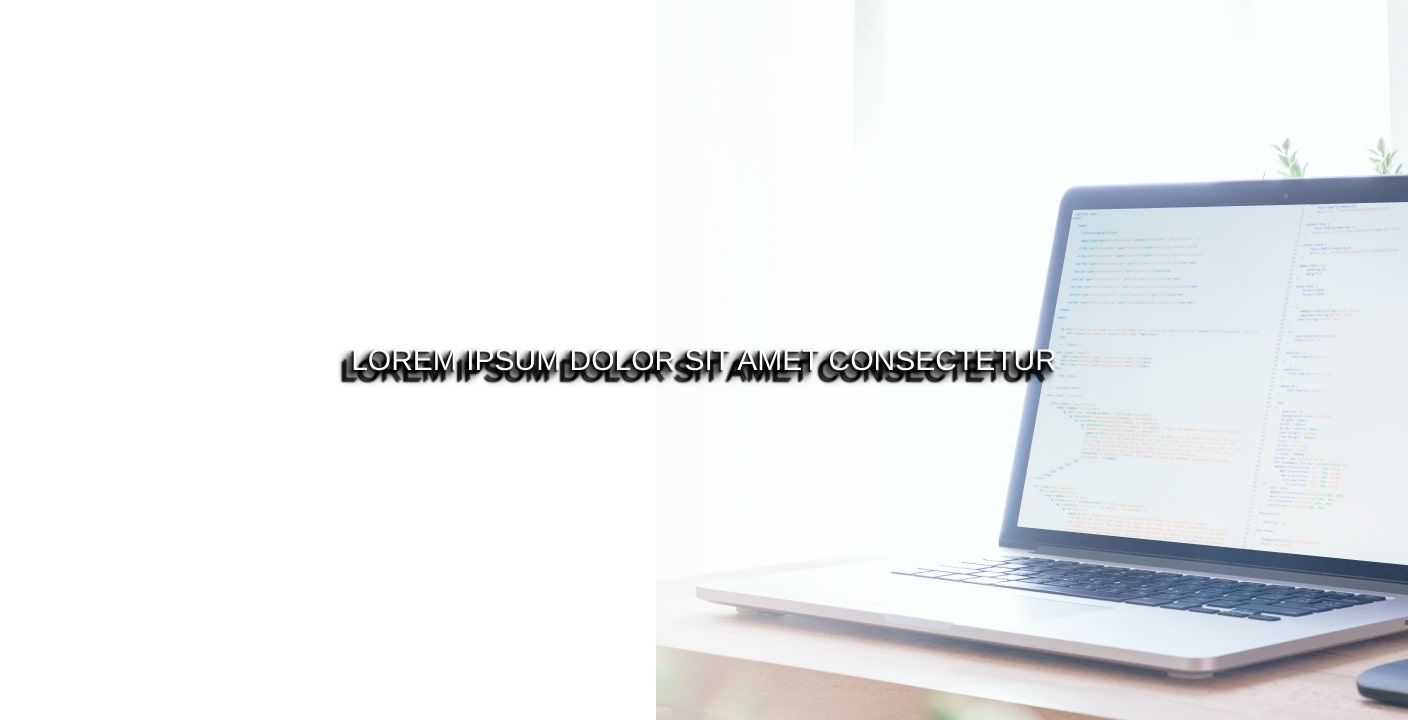
Repository: iKrekus/HTMLAcademy-mysite
Page: test.html
An editor plug-in stored every save of this project. The page is shown before and after the next save, followed by the edit.
The browser window is 1280 px wide. The page is 1408 px wide, so the pictures cover 1408 px, including what lies to the right of the window. The pictures show the whole page.

Above is the page before, as saved 2022-09-28 18:14:57.

After the next save:
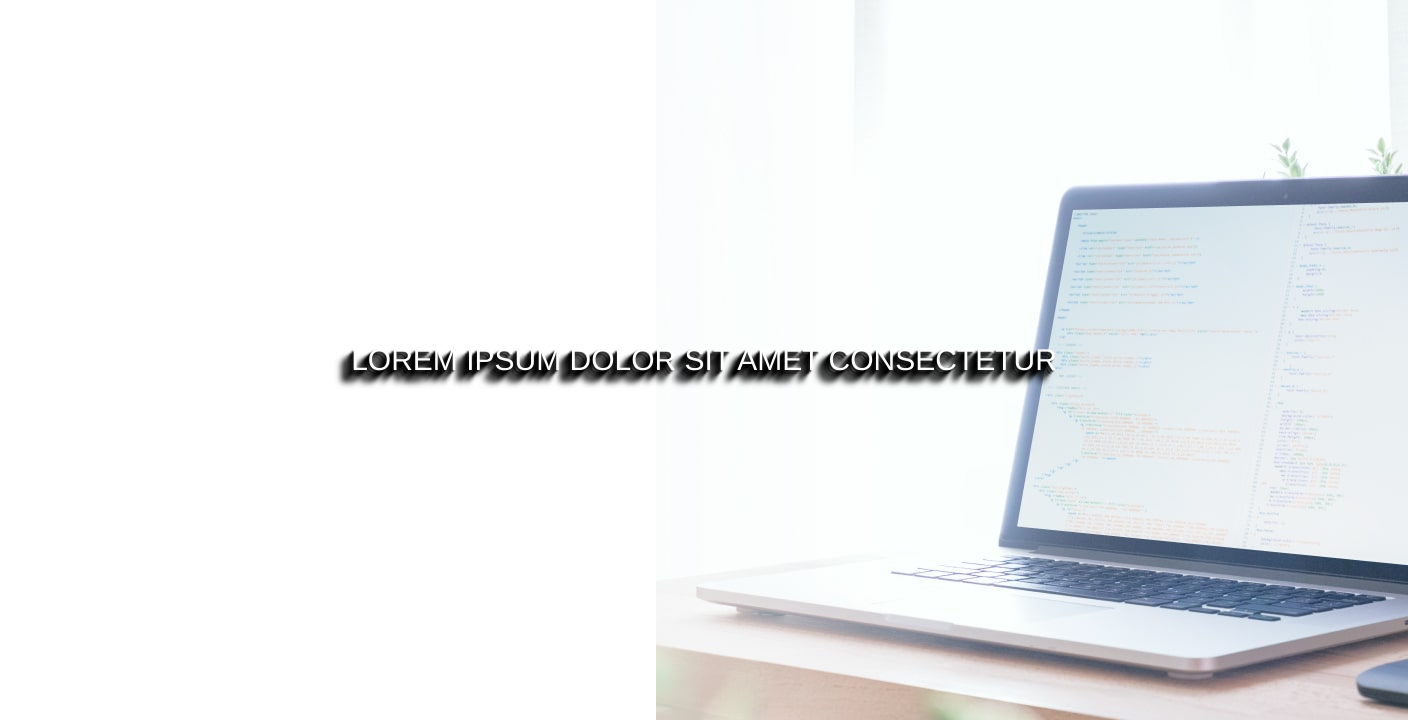
Saved 38 s later.
--- a/style.css
+++ b/style.css
@@ -358,7 +358,7 @@ body {
   text-transform: uppercase;
   font-size: 30px;
   text-align: center;
-  text-shadow: -2px 2px 2px black, -4px 4px 4px black, -6px 6px 6px black, -8px 8px 8px black, -10px 10px 2px black, -12px 12px 2px black;
+  text-shadow: -2px 2px 2px black, -4px 4px 2px black, -6px 6px 3px black, -8px 8px 4px black, -10px 10px 5px black, -12px 12px 6px black;
   color: white;
 
 }
